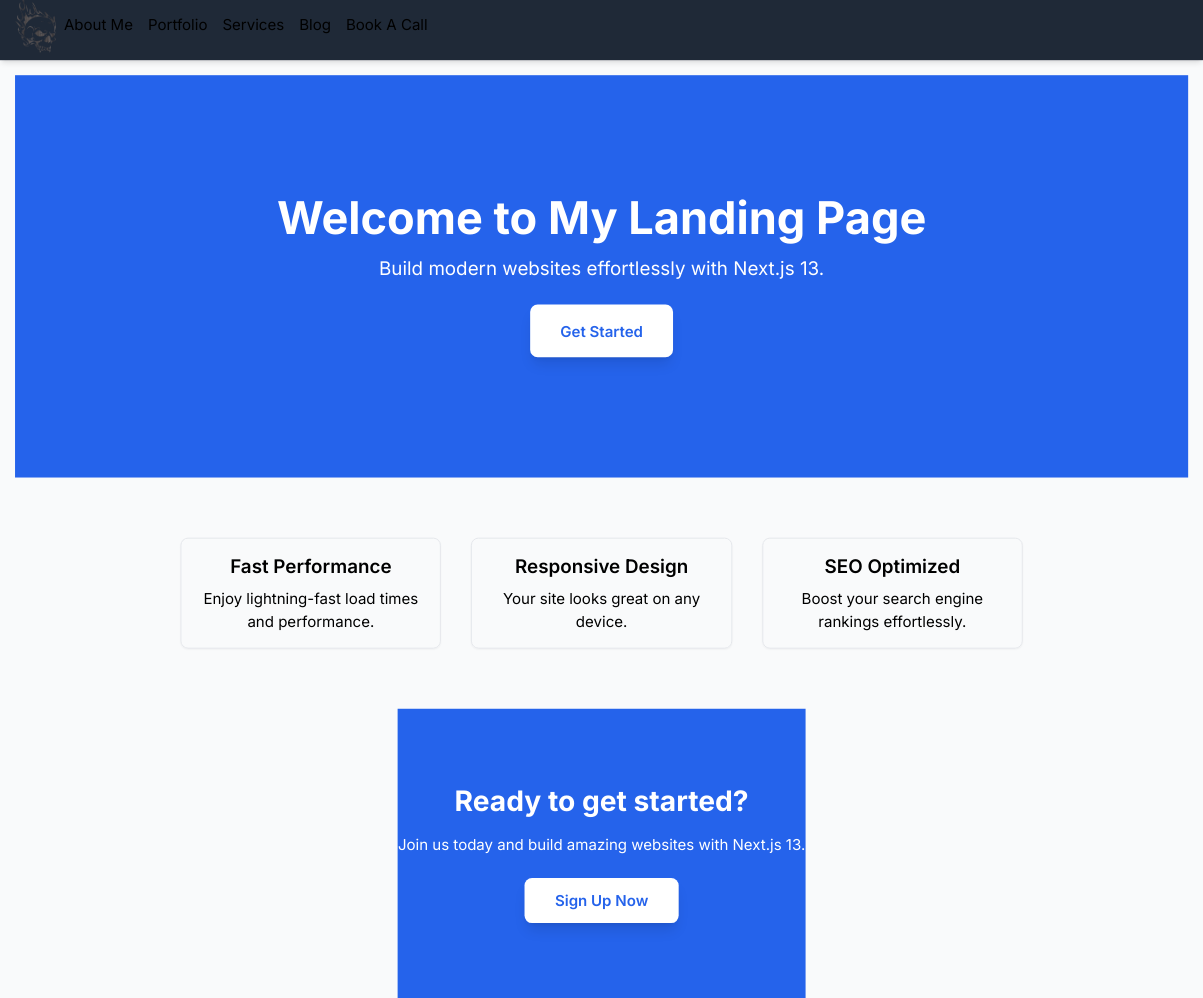
Repository: TheSecretlifeOfX/landing1
Page: /
An editor plug-in stored every save of this project. The page is shown before and after the next save, followed by the edit.
The browser window is 1280 px wide. The pictures show the whole page, at 94% of full size.
The project was rebuilt for these pictures with package versions that can differ from the ones it lists, and the page was loaded fresh each time. The framework's server and built-in components were replaced by stand-ins that run in the browser. Also part of the build but not shown: next.config.js.

Above is the page before, as saved 2024-11-14 13:00:53.

### app/layout.tsx
import Link from 'next/link'
import './globals.css'
import type { Metadata } from 'next'
import { Inter } from 'next/font/google'

import Navbar from "@/app/components/Navbar";


const inter = Inter({ subsets: ['latin'] })

export const metadata: Metadata = {
  title: 'Create Next App',
  description: 'Generated by create next app',
}

export default function RootLayout({
  children,
}: {
  children: React.ReactNode
}) {
  return (
    <html lang="en">
      <body className={inter.className}>
      <nav>
        <Navbar />
      </nav>
      {children}</body>
    </html>
  )
}

### app/page.tsx
import HeroSection from "@/app/components/HeroSection";
import FeaturesSection from "@/app/components/FeaturesSection";
import CallToAction from "@/app/components/CallToAction";

// app/page.tsx
export default function Home() {
  return (
    <main className="flex flex-col items-center justify-center min-h-screen px-4 bg-gray-50">
      <HeroSection />
      <FeaturesSection />
      <CallToAction />
    </main>
  );
}

### app/components/Navbar.tsx
// src/components/Navbar.tsx
import React from "react";
import Link from "next/link";
import Image from "next/image";

export default function Navbar() {
  return (
    <nav className="fixed top-[-12px] left-0 w-full bg-gray-800 p-2 text-black shadow-md z-50 ">
      <div className="container mx-auto flex items-center">
        <div className="text-2xl font-bold">
          <Link href="/">
          <Image
            src="/Images/Logo.png"
            alt="MyBrand Logo"
            width={60}
            height={60}
            className="cursor-pointer"
            priority
          />
          </Link>
        </div>
        <ul className="flex space-x-4">
          <li>
            <a href="#hero" className="hover:text-gray-200">
              About Me
            </a>
          </li>
          <li>
            <a href="#features" className="hover:text-gray-200">
              Portfolio
            </a>
          </li>
          <li>
            <a href="#" className="hover:text-gray-200">
              Services
            </a>
          </li>
          <li>
            <a href="#" className="hover:text-gray-200">
              Blog
            </a>
          </li>
          <li className="ml-20">
            <a href="#contact" className="hover:text-gray-200">
              Book A Call
            </a>
          </li>
        </ul>
      </div>
    </nav>
  );
}

### app/components/HeroSection.tsx
// components/HeroSection.tsx
export default function HeroSection() {
  return (
    <section
      id="hero"
      className="w-full py-32 bg-blue-600 text-white flex flex-col items-center justify-center mt-20"
    >
      <h1 className="text-5xl font-bold mb-4">Welcome to My Landing Page</h1>
      <p className="text-xl mb-6 max-w-3xl text-center">
        Build modern websites effortlessly with Next.js 13.
      </p>
      <button className="px-8 py-4 bg-white text-blue-600 font-semibold rounded-lg shadow-lg hover:bg-gray-100 transition duration-300">
        Get Started
      </button>
    </section>
  );
}

### app/components/FeaturesSection.tsx
// components/FeaturesSection.tsx
export default function FeaturesSection() {
    return (
      <section id="features" className="py-16">
        <div className="max-w-4xl mx-auto grid grid-cols-1 md:grid-cols-3 gap-8">
          <Feature
            title="Fast Performance"
            description="Enjoy lightning-fast load times and performance."
          />
          <Feature
            title="Responsive Design"
            description="Your site looks great on any device."
          />
          <Feature
            title="SEO Optimized"
            description="Boost your search engine rankings effortlessly."
          />
        </div>
      </section>
    );
  }

  function Feature({ title, description }: { title: string; description: string }) {
    return (
      <div className="text-center p-4 border rounded-lg shadow-sm">
        <h3 className="text-xl font-semibold mb-2">{title}</h3>
        <p>{description}</p>
      </div>
    );
  }

### app/components/CallToAction.tsx
// components/CallToAction.tsx
export default function CallToAction() {
    return (
      <section id="contact" className="py-20 text-center bg-blue-600 text-white">
        <h2 className="text-3xl font-bold mb-4">Ready to get started?</h2>
        <p className="mb-6">Join us today and build amazing websites with Next.js 13.</p>
        <button className="px-8 py-3 bg-white text-blue-600 font-semibold rounded-lg shadow-lg hover:bg-gray-100">
          Sign Up Now
        </button>
      </section>
    );
  }

Loaded but not shown: app/globals.css (common file); tailwind.config.js (common file)

After the next save:
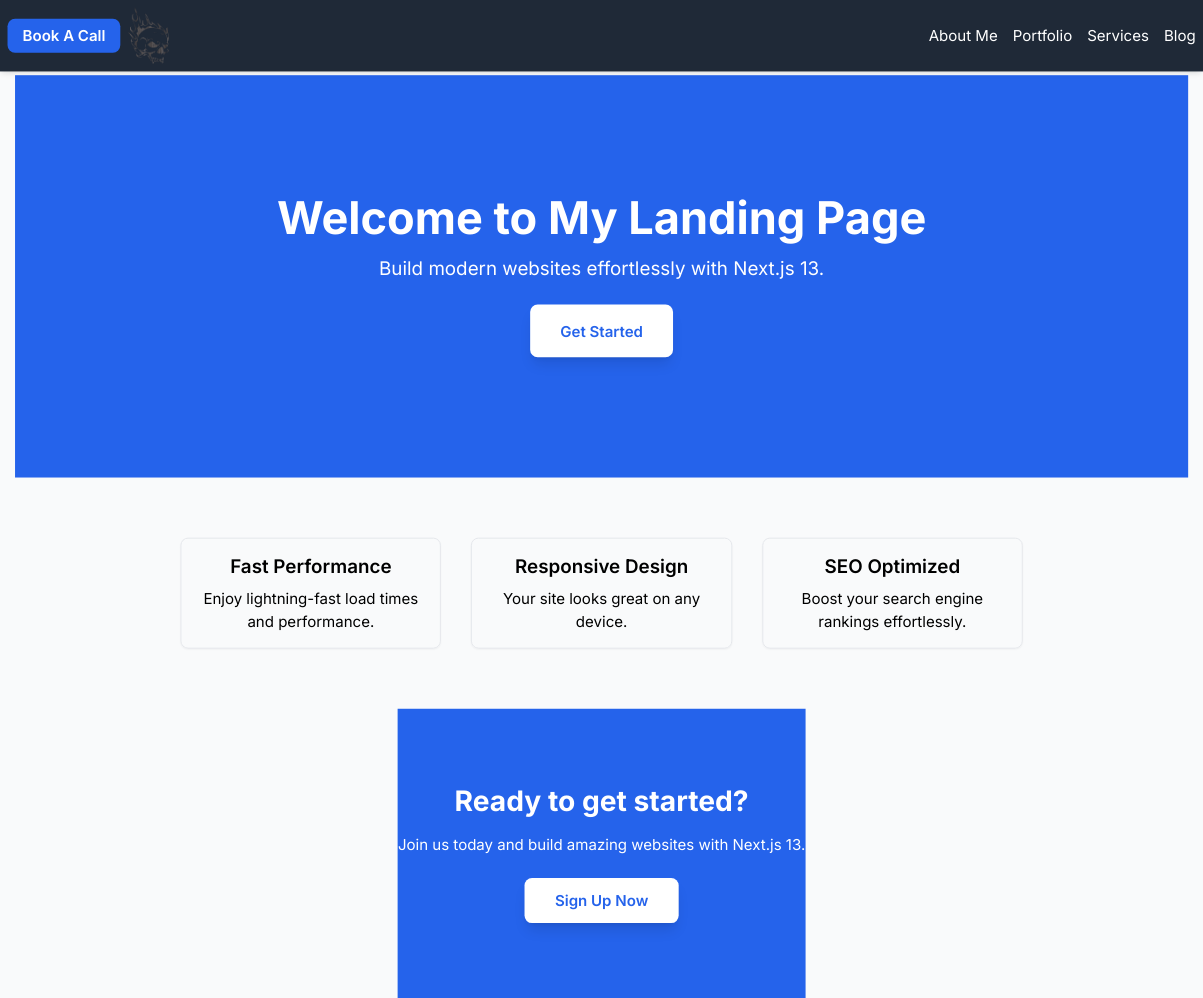
Saved 2 min 26 s later.
--- a/app/components/Navbar.tsx
+++ b/app/components/Navbar.tsx
@@ -5,44 +5,54 @@
 
 export default function Navbar() {
   return (
-    <nav className="fixed top-[-12px] left-0 w-full bg-gray-800 p-2 text-black shadow-md z-50 ">
-      <div className="container mx-auto flex items-center">
-        <div className="text-2xl font-bold">
+    <nav className="fixed top-0 left-0 w-full bg-gray-800 p-2 text-white shadow-md z-50">
+      <div className="container mx-auto flex items-center justify-between">
+        {/* "Book A Call" Button on the Left */}
+        <ul className="flex items-center">
+          <li>
+            <a
+              href="#contact"
+              className="px-4 py-2 bg-blue-600 text-white font-semibold rounded-lg hover:bg-blue-700 transition duration-300"
+            >
+              Book A Call
+            </a>
+          </li>
+        </ul>
+
+        {/* Logo Section */}
+        <div className="flex items-center">
           <Link href="/">
-          <Image
-            src="/Images/Logo.png"
-            alt="MyBrand Logo"
-            width={60}
-            height={60}
-            className="cursor-pointer"
-            priority
-          />
+            <Image
+              src="/Images/Logo.png"
+              alt="MyBrand Logo"
+              width={60}
+              height={60}
+              className="cursor-pointer"
+              priority
+            />
           </Link>
         </div>
-        <ul className="flex space-x-4">
+
+        {/* Navigation Links on the Right */}
+        <ul className="flex ml-auto space-x-4">
           <li>
-            <a href="#hero" className="hover:text-gray-200">
+            <a href="#hero" className="hover:text-gray-400">
               About Me
             </a>
           </li>
           <li>
-            <a href="#features" className="hover:text-gray-200">
+            <a href="#features" className="hover:text-gray-400">
               Portfolio
             </a>
           </li>
           <li>
-            <a href="#" className="hover:text-gray-200">
+            <a href="#" className="hover:text-gray-400">
               Services
             </a>
           </li>
           <li>
-            <a href="#" className="hover:text-gray-200">
+            <a href="#" className="hover:text-gray-400">
               Blog
-            </a>
-          </li>
-          <li className="ml-20">
-            <a href="#contact" className="hover:text-gray-200">
-              Book A Call
             </a>
           </li>
         </ul>

After the save that followed:
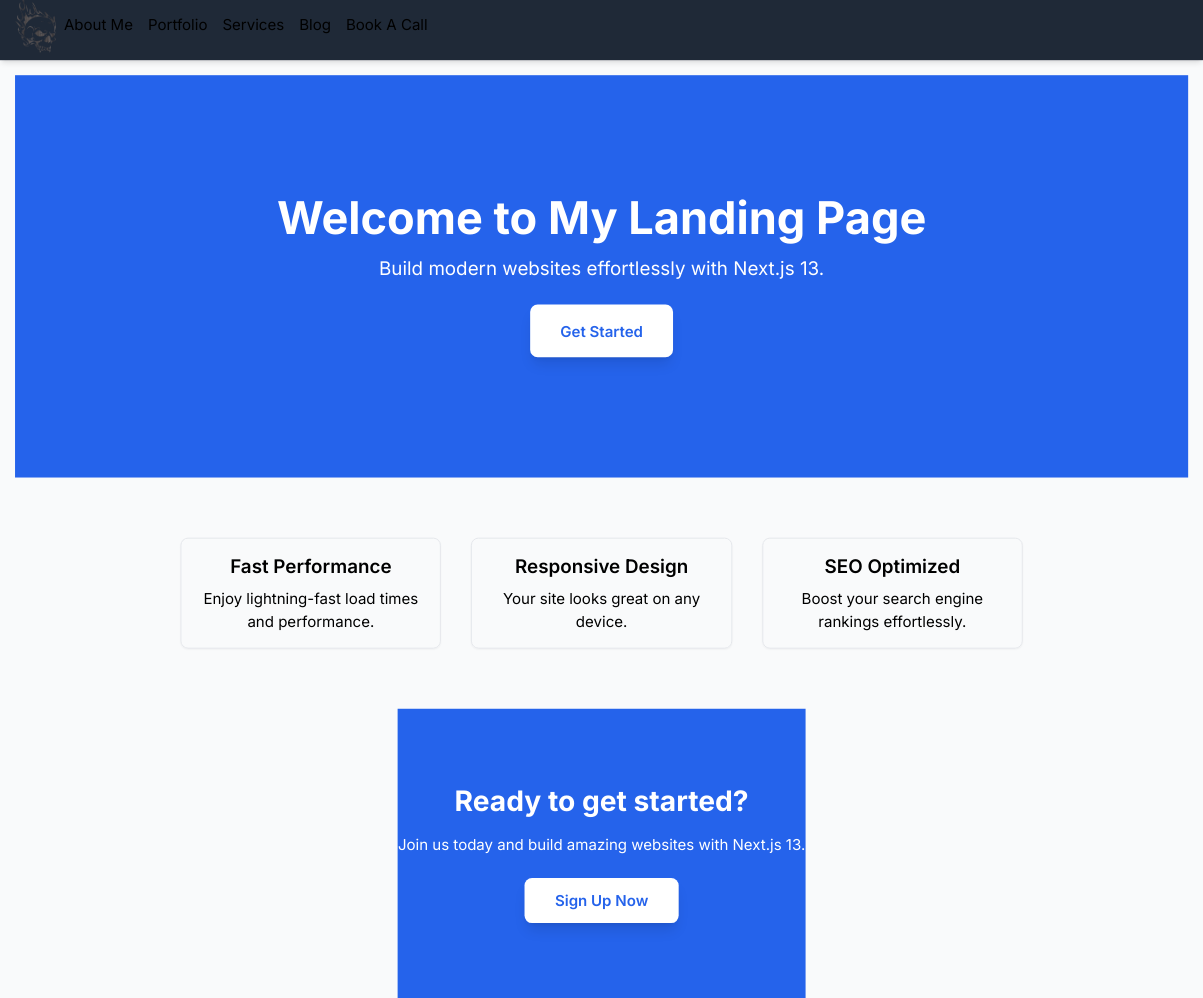
Saved 21 s later.
--- a/app/components/Navbar.tsx
+++ b/app/components/Navbar.tsx
@@ -5,54 +5,44 @@
 
 export default function Navbar() {
   return (
-    <nav className="fixed top-0 left-0 w-full bg-gray-800 p-2 text-white shadow-md z-50">
-      <div className="container mx-auto flex items-center justify-between">
-        {/* "Book A Call" Button on the Left */}
-        <ul className="flex items-center">
-          <li>
-            <a
-              href="#contact"
-              className="px-4 py-2 bg-blue-600 text-white font-semibold rounded-lg hover:bg-blue-700 transition duration-300"
-            >
-              Book A Call
-            </a>
-          </li>
-        </ul>
-
-        {/* Logo Section */}
-        <div className="flex items-center">
+    <nav className="fixed top-[-12px] left-0 w-full bg-gray-800 p-2 text-black shadow-md z-50 ">
+      <div className="container mx-auto flex items-center">
+        <div className="text-2xl font-bold">
           <Link href="/">
-            <Image
-              src="/Images/Logo.png"
-              alt="MyBrand Logo"
-              width={60}
-              height={60}
-              className="cursor-pointer"
-              priority
-            />
+          <Image
+            src="/Images/Logo.png"
+            alt="MyBrand Logo"
+            width={60}
+            height={60}
+            className="cursor-pointer"
+            priority
+          />
           </Link>
         </div>
-
-        {/* Navigation Links on the Right */}
-        <ul className="flex ml-auto space-x-4">
+        <ul className="flex space-x-4">
           <li>
-            <a href="#hero" className="hover:text-gray-400">
+            <a href="#hero" className="hover:text-gray-200">
               About Me
             </a>
           </li>
           <li>
-            <a href="#features" className="hover:text-gray-400">
+            <a href="#features" className="hover:text-gray-200">
               Portfolio
             </a>
           </li>
           <li>
-            <a href="#" className="hover:text-gray-400">
+            <a href="#" className="hover:text-gray-200">
               Services
             </a>
           </li>
           <li>
-            <a href="#" className="hover:text-gray-400">
+            <a href="#" className="hover:text-gray-200">
               Blog
+            </a>
+          </li>
+          <li className="ml-">
+            <a href="#contact" className="hover:text-gray-200">
+              Book A Call
             </a>
           </li>
         </ul>
